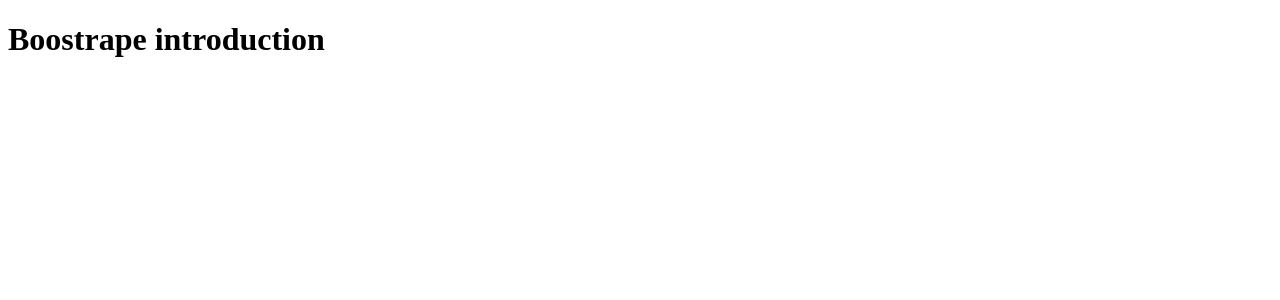
Repository: feyroozecode/meta_backed_dev_coursera
Page: intro-boostrape/index.html
These files come from the project's save history. The page is drawn as it stood at one moment and after the next save; the edit follows.
The browser window is 1280 px wide. The pictures show the whole page.

Above is the page before, as saved 2023-07-06 15:10:53.

After the next save:
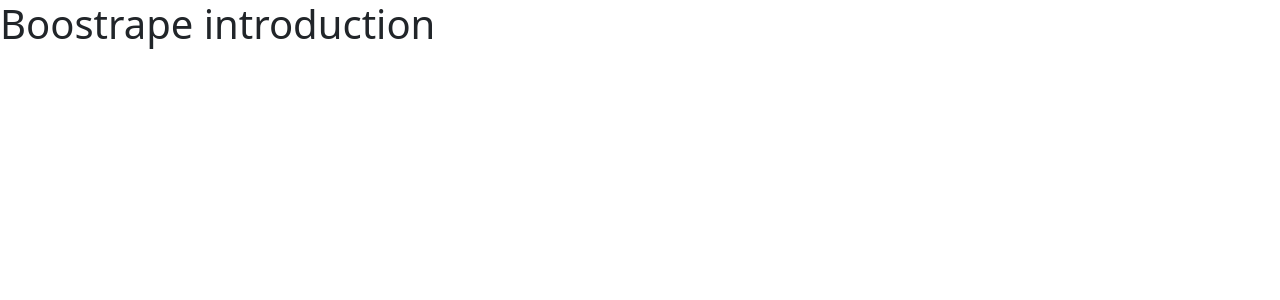
Saved 24 s later.
--- a/intro-boostrape/index.html
+++ b/intro-boostrape/index.html
@@ -3,7 +3,7 @@
 <head>
     <meta charset="UTF-8">
     <meta name="viewport" content="width=device-width, initial-scale=1.0">
-    <link rel="stylesheet" href="">
+    <link rel="stylesheet" href="https://cdn.jsdelivr.net/npm/bootstrap@5.2.3/dist/css/bootstrap.min.css">
     <title>Intro Boostrap</title>
 </head>
 <body>
